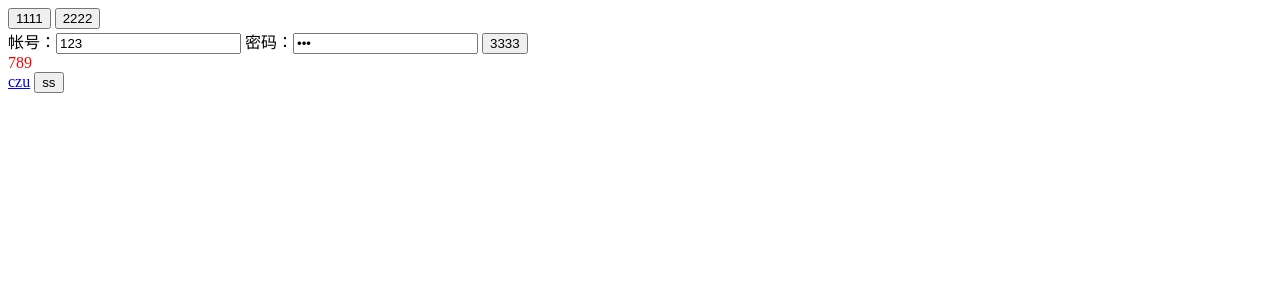
Repository: MuzDing/Muz_Data
Page: http://localhost/javeEe/NewFile.jsp
The author's editor kept a copy of each file at every save. The page is drawn from the files as they stood at one save, then again after the next save.
The browser window is 1280 px wide. The pictures show the whole page.
The page is served by Tomcat 9.

Above is the page before, as saved 2017-09-18 02:34:20.

After the next save:
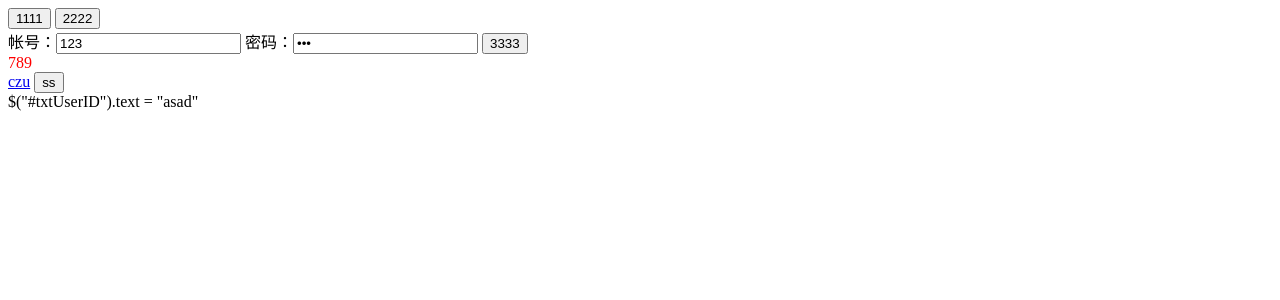
Saved 58 s later.
--- a/java-workspace/javeEe/WebContent/NewFile.jsp
+++ b/java-workspace/javeEe/WebContent/NewFile.jsp
@@ -26,8 +26,7 @@
 
 		<a id = "HyKink" href="http://www.czu.cn">czu</a>
 		<input id ="Button4" type="button" value="ss" onclick="ChangLink()">
-
 	</form>
-
+	$("#txtUserID").text = "asad"
 </body>
 </html>
